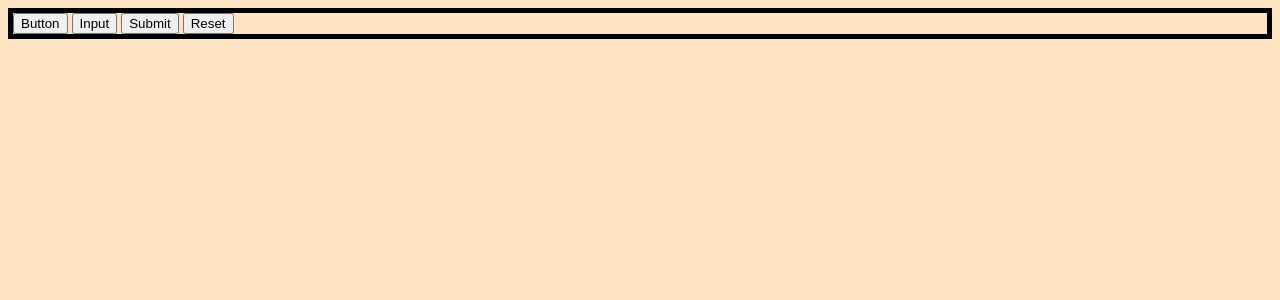
Repository: noahcallen/LAB-calculator
Page: index.html
An editor plug-in stored every save of this project. The page is shown before and after the next save, followed by the edit.
The browser window is 1280 px wide. The pictures show the whole page.

Above is the page before, as saved 2024-07-09 21:14:50.

### index.html
<!DOCTYPE html>
<html lang="en">
<head>
  <meta charset="UTF-8">
  <meta name="viewport" content="width=device-width, initial-scale=1.0">
  <title>Document</title>
  <link rel="stylesheet" href="main.css">
  <meta name="viewport" content="width=device-width, initial-scale=1">
</head>
<body>
  <!-- box for calculator outline -->
  <div class="outline">
    <a class="btn btn-primary" href="#" role="button"></a>
    <button class="btn btn-primary" type="submit">Button</button>
    <input class="btn btn-primary" type="button" value="Input">
    <input class="btn btn-primary" type="submit" value="Submit">
    <input class="btn btn-primary" type="reset" value="Reset">




    <!-- close outline -->
  </div>




  <script src="main.js"></script>
  <!-- import js bootstrap -->
  <script src="https://cdn.jsdelivr.net/npm/bootstrap@5.3.3/dist/js/bootstrap.bundle.min.js" integrity="sha384-YvpcrYf0tY3lHB60NNkmXc5s9fDVZLESaAA55NDzOxhy9GkcIdslK1eN7N6jIeHz" crossorigin="anonymous"></script>
</body>
</html>

### main.css
body {
  background-color: bisque;
}

.outline {
  border: solid 5px black;
}

Loaded but not shown: main.js (no stored copy; drawn as an empty file)

After the next save:
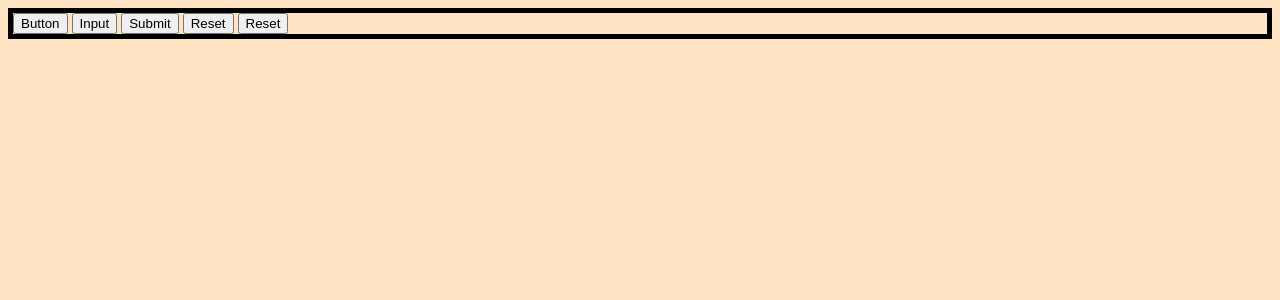
Saved 18 s later.
--- a/index.html
+++ b/index.html
@@ -15,6 +15,7 @@
     <input class="btn btn-primary" type="button" value="Input">
     <input class="btn btn-primary" type="submit" value="Submit">
     <input class="btn btn-primary" type="reset" value="Reset">
+    <input class="btn btn-primary" type="reset" value="Reset">
 
 
 
